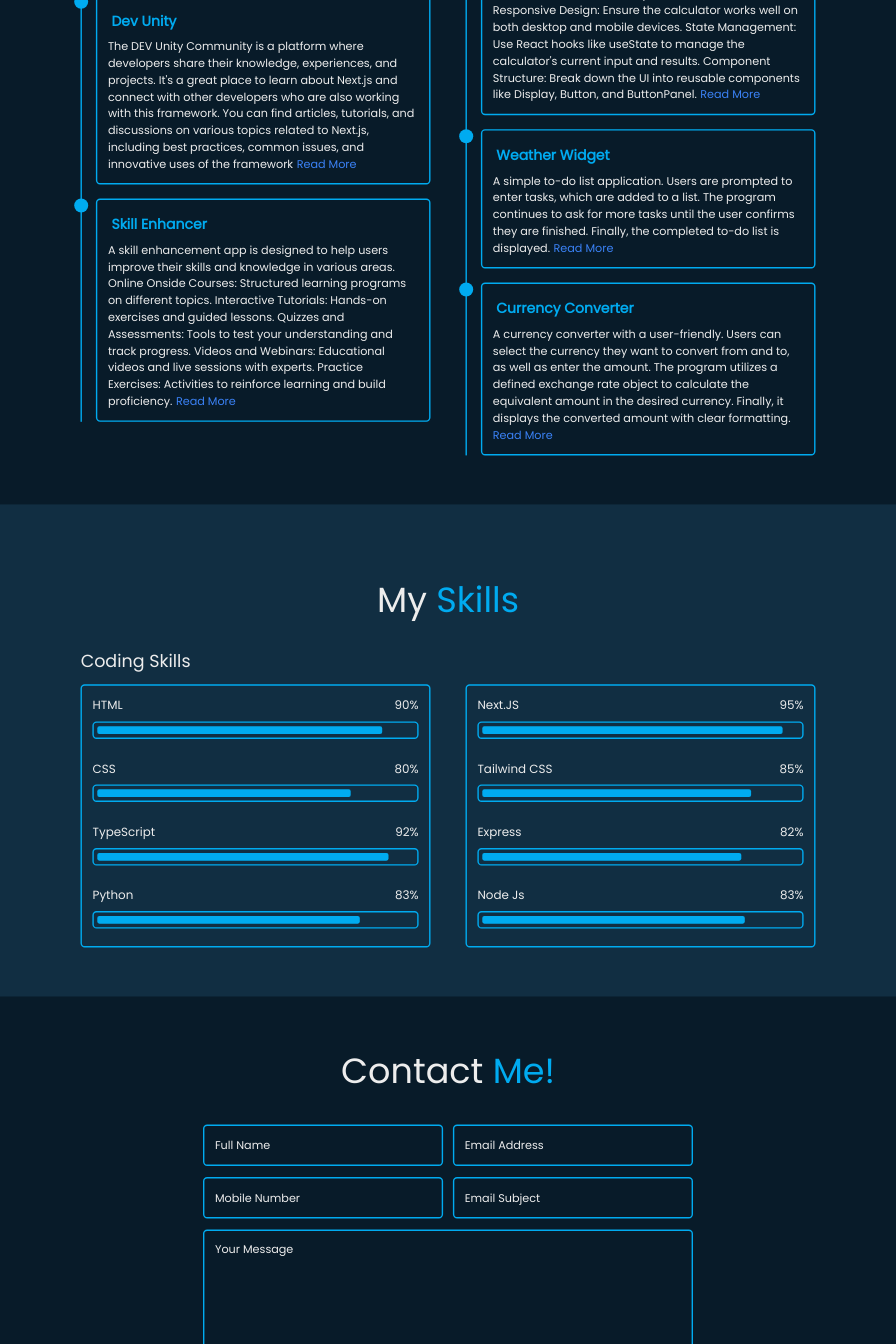
Repository: asadullah48/nextjs_projects_portfolio
Page: /
An editor plug-in stored every save of this project. The page is shown before and after the next save, followed by the edit.
The browser window is 1280 px wide. The pictures show the part of the page from y = 2042 to 3962 px (the page is 4354 px tall before and 4306 px after), at 70% of full size.
The project was rebuilt for these pictures with package versions that can differ from the ones it lists, and the page was loaded fresh each time. The framework's server and built-in components were replaced by stand-ins that run in the browser. Also part of the build but not shown: next.config.ts.

Above is the page before, as saved 2024-11-13 15:01:05.

After the next save:
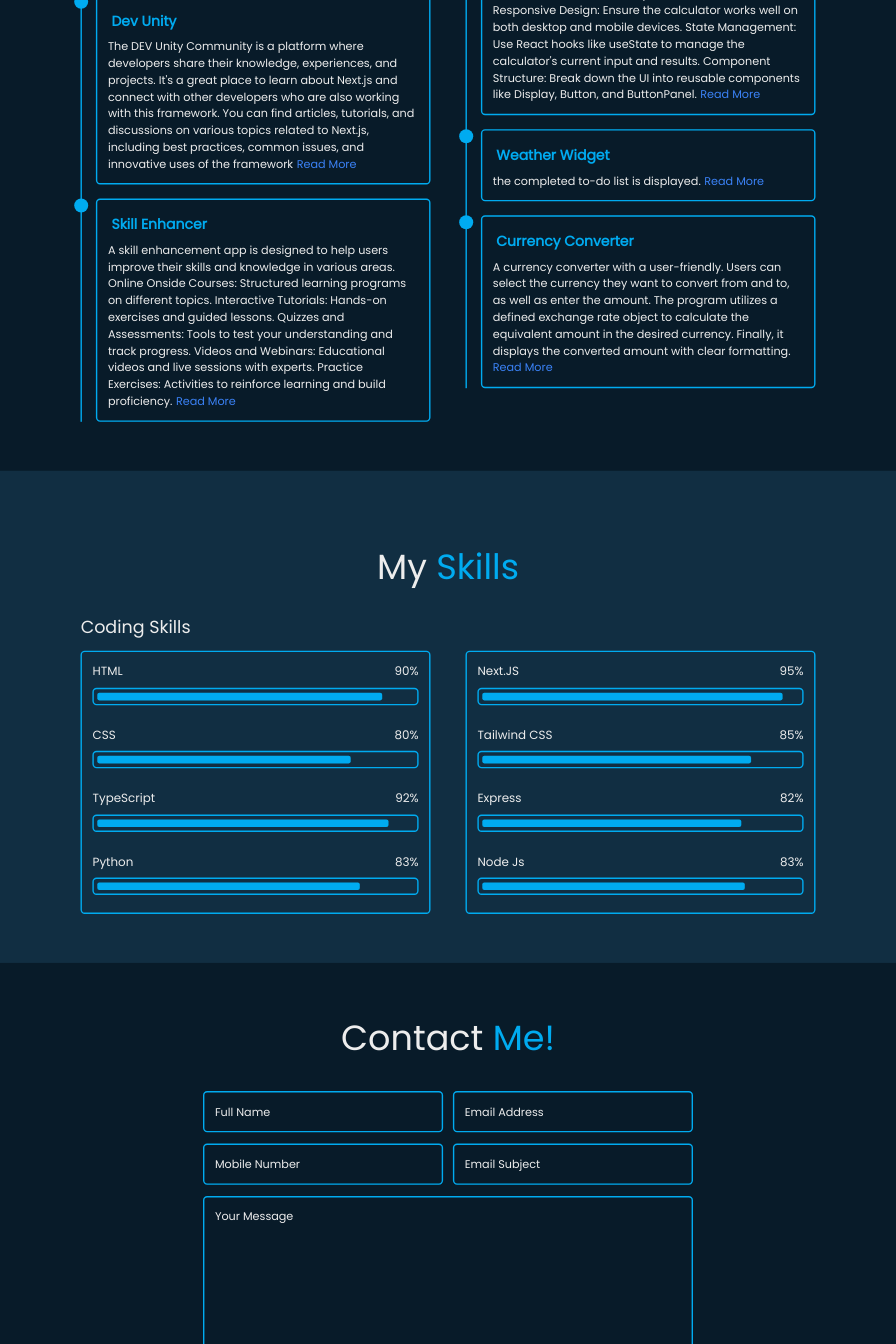
Saved 14 s later.
--- a/src/app/page.tsx
+++ b/src/app/page.tsx
@@ -335,8 +335,7 @@ Component Structure: Break down the UI into reusable components like Display, Bu
                     <h3>Weather Widget</h3>
                   </div>
                   <p>
-                  A simple to-do list application.
-                  Users are prompted to enter tasks, which are added to a list. The program continues to ask for more tasks until the user confirms they are finished. Finally, the completed to-do list is displayed.
+                  the completed to-do list is displayed.
                     <Link
                       href="https://02-weather-widget-seven.vercel.app/"
                       className="text-blue-500
